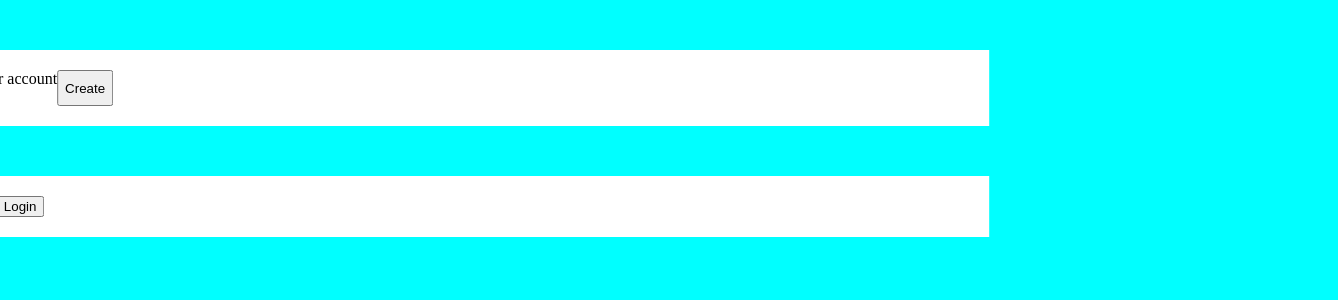
Repository: rosikraj/TurbifyTraining
Page: Wallet/WebContent/button.html
These files come from the project's save history. The page is drawn as it stood at one moment and after the next save; the edit follows.
The browser window is 1280 px wide. The page is 1280 px wide, then 1338 px, so the pictures cover 1338 px, including what lies to the right of the window. The pictures show the whole page.

Above is the page before, as saved 2023-09-24 05:52:56.

### Wallet/WebContent/button.html
<!DOCTYPE html>
<html>
<head>
<meta charset="ISO-8859-1">
<title>Insert title here</title>
<script type="text/javascript">
        window.history.forward();
        function noBack() {
            window.history.forward();
        }
    </script>
<style>
    	form{
    		background-color:white;
    		align:center;
    		display:flex;
    		margin:50px;
    		padding:20px;
    		transform:translateX(-20%);
    	}
    </style>
</head>
<body bgcolor="cyan" text="black">
<center>
<form method="post" action="create.jsp">
Click here to create your account<br>
<input type="submit" name="create" value="Create"><br><br>
</form>
<form method="post" action="login.jsp">
Already a user?Login...<br>
<input type="submit" name="login" value="Login">
</form>
</center>
</body>
</html>

After the next save:
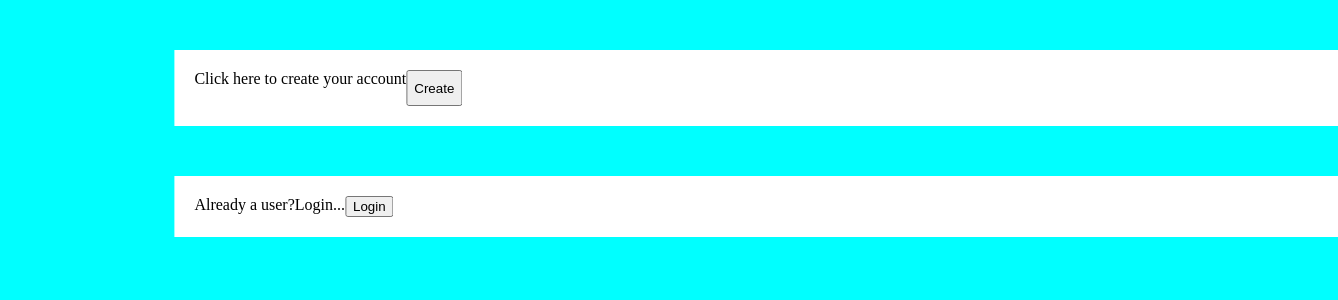
Saved 22 s later.
--- a/Wallet/WebContent/button.html
+++ b/Wallet/WebContent/button.html
@@ -16,7 +16,7 @@
     		display:flex;
     		margin:50px;
     		padding:20px;
-    		transform:translateX(-20%);
+    		transform:translateX(10%);
     	}
     </style>
 </head>
